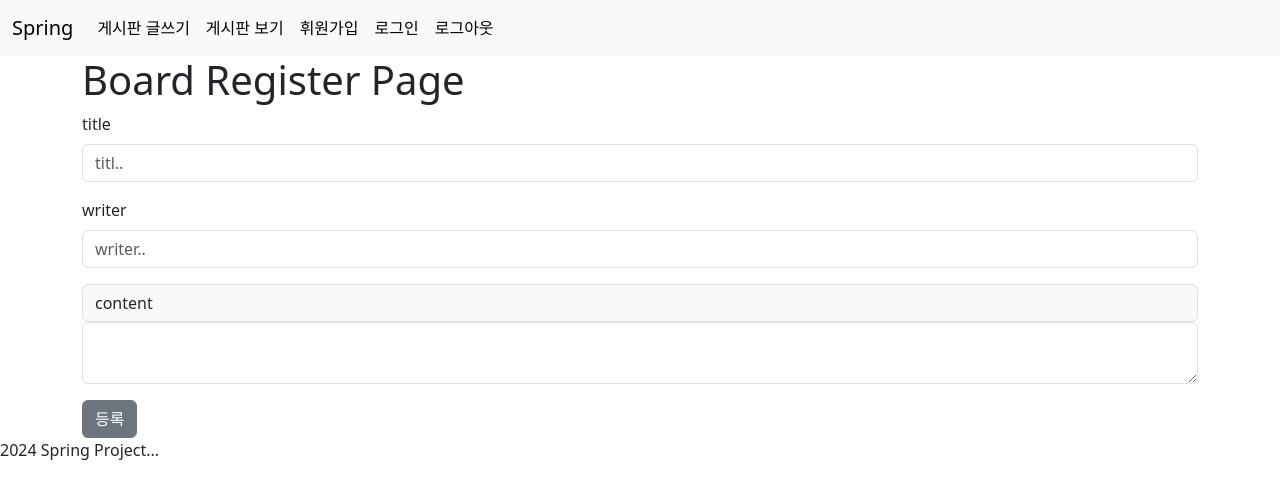
Repository: dlfhrrl12/springtest
Page: http://localhost/spring_study/WEB-INF/views/board/register.jsp
These files come from the project's save history. The page is drawn as it stood at one moment and after the next save; the edit follows.
The browser window is 1280 px wide. The pictures show the whole page.
The page is served by Tomcat 9. Nobody is signed in. The template is opened directly, without the code that normally fills it, so the values that code supplies are empty.

Above is the page before, as saved 2024-04-24 01:12:21.

After the next save:
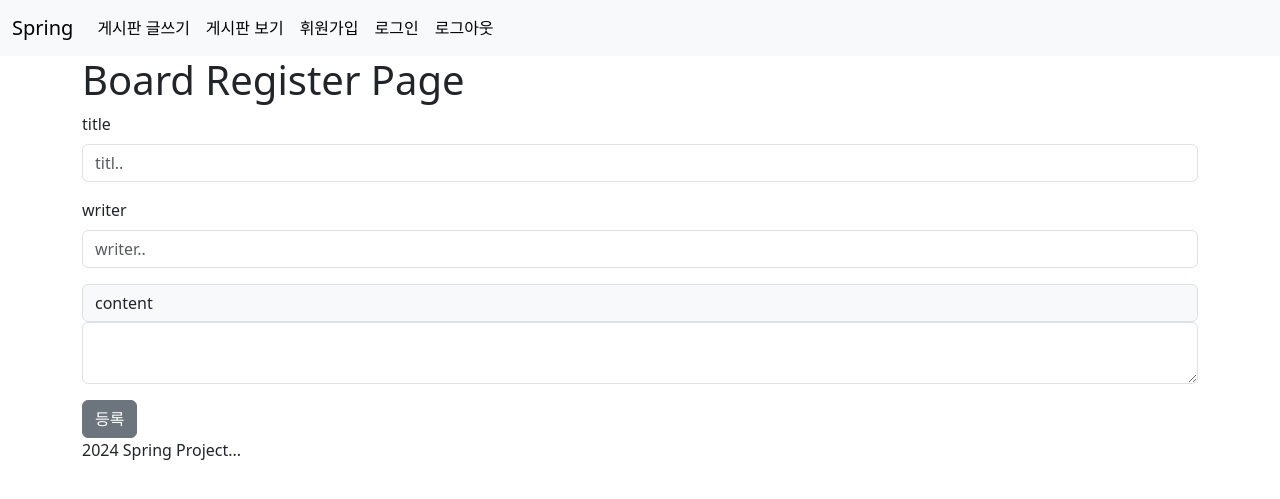
Saved 45 s later.
--- a/spring_study/src/main/webapp/WEB-INF/views/layout/footer.jsp
+++ b/spring_study/src/main/webapp/WEB-INF/views/layout/footer.jsp
@@ -3,7 +3,7 @@
 
 
 
-<div>
+<div class="container-md">
 	2024 Spring Project...
 </div>
 
